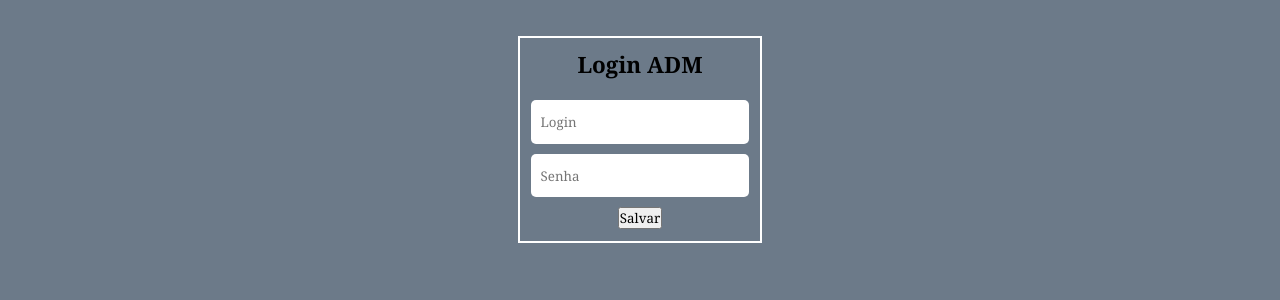
Repository: ArthurKJun/ProjetoCantinaEclipse
Page: http://localhost/arsan/loginAdministrador.jsp
These files come from the project's save history. The page is drawn as it stood at one moment and after the next save; the edit follows.
The browser window is 1280 px wide. The pictures show the whole page.
The page is served by Tomcat 9. Other server files are loaded and not shown.

Above is the page before, as saved 2023-11-04 00:31:31.

### arsan/src/main/webapp/loginAdministrador.jsp
<%@ page language="java" contentType="text/html; charset=ISO-8859-1"
	pageEncoding="ISO-8859-1"%>
<!DOCTYPE html>
<html>
<head>

<meta charset="ISO-8859-1">

<link rel="stylesheet" href="./Estilos/style.css">

<title>Arsan Food Management</title>

</head>
<body>

	<div class="container-geral">


		<div id="form-container">

			<div id="form-inner">

				<form action="validarUsuarioAdmin.jsp" method="POST" id="register-form">
					<h3>Login ADM</h3>
					<div id="name-container">

						<input type="text" name="nome" id="nome" placeholder="Login">

					</div>

					<input type="password" name="senha" id="senha" placeholder="Senha">

                    <button  id="soButton" onclick="Validar()">Salvar</button>

				</form>

			</div>

		</div>
	</div>

	<script>

    function logar(){
    	event.preventDefault();

    	let login = document.getElementById('login')
    	if(login.value == ''){
    		alert('Informe o login')
    		login.focus()
    		return
    	}

    	let senha = document.getElementById('senha')
    	if(senha.value == ''){
    		alert('Informe a senha')
    		senha.focus()
    		return
    	}
    	document.getElementsByTagName('form')[0].submit()
    }

    </script>

</body>
</html>

### arsan/src/main/webapp/Estilos/style.css
*{
    margin: 0;
    padding: 0;
    box-sizing: border-box;
    font-family: Georgia;

}

body{
    display: flex;
    flex-wrap: wrap;
}

.container-geral{

    width: 100vw;
    height: 100vh;
    background: #6c7a89;
    display: flex;
    flex-direction: row;
    justify-content: center;
    align-items: center;

}
.logo-container{

    display: flex;
    position: absolute;
    top: 40%;
    flex-direction: column;
}

.logo-container img{
    padding: 1rem;
    border-radius: 50%;
    height: 400px;
}

#form-container{
    display: flex;
    position: absolute;
    flex-direction: column;
    flex-wrap: wrap;
    top: 5%;
}

#register-form{

    border: 2px solid white;
    padding: .7rem;
    align-items: center;
    display: flex;
    flex-direction: column;
    font-size: larger;
}

#register-form h3{
    margin-bottom: 20px;
}

#register-form input{

    padding: 0.8rem 0.6rem;
    border: none;
    border-radius: 5px;
    margin-bottom: 10px;
}


#register-form input[type="submit"]{
    background-color: transparent;
    color: #fff;
    border: 2px solid #fff;
    font-size: 1.1rem;
    font-weight: bold;
    cursor: pointer;
    transition: .4s;
}

#register-form input[type="submit"]:hover{
    background-color: rgb(90, 95, 152);
    color: black;
}

/*---------------------------------------------------------*/
/* tela de entrada */

h1{
    background-color: #6c7a89;
    width: 100%;
    text-align: center;
    font-size: 50px;
    color: rgb(204, 198, 198);
}

.container-porta-cards{

    background-color: #475061;
    display: flex;
    width: 535px;
    height: 550px;
    border: 2px solid white;
    flex-wrap: wrap;
    align-items: center;
    padding: 1rem;
    margin-top: 2rem;

}

.card{

    background-color: #9ca5af;
    display: flex;
    padding: .5rem;
    margin: .5rem;
    width: 150px;
    height: 150px;
    border: 2px solid white;
    flex-direction: column;
    text-align: center;
    align-items: center;
    transition: .4s;

}

.container-porta-cards-2 :active{
    background-color: aqua;
}



.container-porta-cards :hover{

    background-color: #6c7a89;
    cursor: pointer;
}

.card img{

    margin-top: 10px;
    width: 100px;
    height: 100px;
    border-radius: 20%;
    transition: .4s;
}

#venda{

    width: 480px;
    height: 150px;
}

.container-geral-entrada{

    width: 100vw;
    height: calc(100vh + 200px);
    background: #9ca5af;
    display: flex;
    flex-direction: row;
    justify-content: center;


}

/* area de vendas */

.container-porta-cards-2{

    flex: 1.4;
    background-color: #475061;
    border: 2px solid white;
    flex-wrap: wrap;
    align-items: center;
    padding: 1rem;
    display: flex;
}

.container-porta-cards-2 :hover{

    background-color: #6c7a89;
    cursor: pointer;
}

.container-lista-vendas{
    height: 36.9rem;
    margin-right: 2rem;
    margin: 1rem;
    flex: 1;
    background-color: #475061;
    border: 2px solid white;
    flex-wrap: wrap;
    position: relative;
    padding: 1rem;
}

.container-geral-3{

    gap: 1rem;
    width: 100vw;
    height: 100vh;
    background: #9ca5af;
    display: flex;
    flex-direction: row;
    justify-content: center;
    align-items: center;

}

table{

    margin-top: 1rem;
    position: absolute;
    margin-left: 2rem;

}
table th {

    padding: .5rem;
    width: 200px;
    background-color: #6c7a89;
    border-radius: 10px;

}

table td{
    text-align: center;
    padding: 0.5rem;
    background-color: #6c7a89;
    border-radius: 10px;
}

.bExcluir{
    background-color: transparent;
}

.excluir{
    background-color: transparent;
    border-radius: 5px;
}

.excluir img{
    width: 1rem;
}

tfoot td{
    font-weight: bold;

}

/* tela cadastro cliente */

.container-geral-4{

    width: 100vw;
    height: 100vh;
    background: #9ca5af;
    flex-direction: column;
    justify-content: center;
    align-items: center;
    display: flex;

}

.inputs-cadastro{


    flex: 1;
    text-align: center;

}

.inputs-cadastro input{

    padding: 0.5rem;
    margin: 0.5rem;
    border-radius: 10px;

}

.inputs-cadastro h3{

    margin-top: 1rem;


}

.inputs-cadastro button{

    padding: 0.5rem;
    margin: 1rem;
    font-size: large;
    background-color: #9ca5af;
    border: none;
    border-radius: 10px;

}

.inputs-cadastro button:hover{

    background-color: #fff;
    color: black;
    cursor: pointer;
}

.inputButton:hover{

    background-color: #fff;
    color: black;
    cursor: pointer;
}

.container-porta-cards-cad{

    background-color: #6c7a89;
    width: 400px;
    height: 500px;
    color:#040405;
    justify-items: center;
    margin-top: 2rem;

}

.cliente{

    background-color: #9ca5af;
    margin: 1rem;
    border-radius: 5px;

}

a{
    text-decoration: none;
    color: #040405;
}

.container-geral-4 h1{

    margin-top: -4rem;

}

.produto{

    background-color: #9ca5af;
    margin: 1rem;
    border-radius: 5px;
}

.container-porta-cards-cad-fornecedor{

    background-color: #6c7a89;
    width: 400px;
    height: 500px;
    color:#040405;
    justify-items: center;
    margin-top: 1rem;
}

.inputs-cadastro-for{

    flex: 1;
    text-align: center;

}

.inputs-cadastro-for input{

    padding: 0.5rem;
    margin: 0.5rem;
    border-radius: 10px;
}

.inputs-cadastro-for button{

    padding: 0.5rem;
    margin: .5rem;
    font-size: large;
    background-color: #9ca5af;
    border: none;
    border-radius: 10px;

}

.inputs-cadastro-for button:hover{

    background-color: #fff;
    color: black;
    cursor: pointer;
}

.fornecedor{
    background-color: #9ca5af;
    margin: 1rem;
    border-radius: 5px;
}

After the next save:
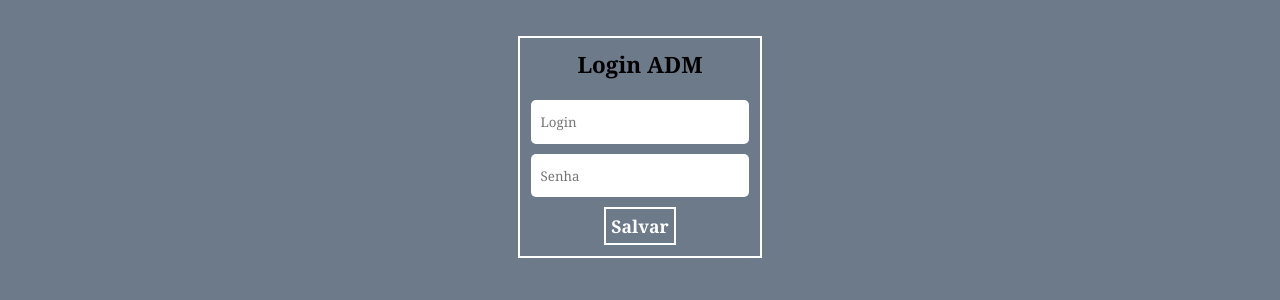
Saved 30 s later.
--- a/arsan/src/main/webapp/loginAdministrador.jsp
+++ b/arsan/src/main/webapp/loginAdministrador.jsp
@@ -30,7 +30,8 @@
 
 					<input type="password" name="senha" id="senha" placeholder="Senha">
 
-                    <button  id="soButton" onclick="Validar()">Salvar</button>
+                    <button  style="background-color: transparent; color: #fff; border: 2px solid #fff; font-size: 1.1rem; font-weight: bold; cursor: pointer; padding : 0.3rem "
+                    id="soButton" onclick="Validar()">Salvar</button>
 
 				</form>
 
